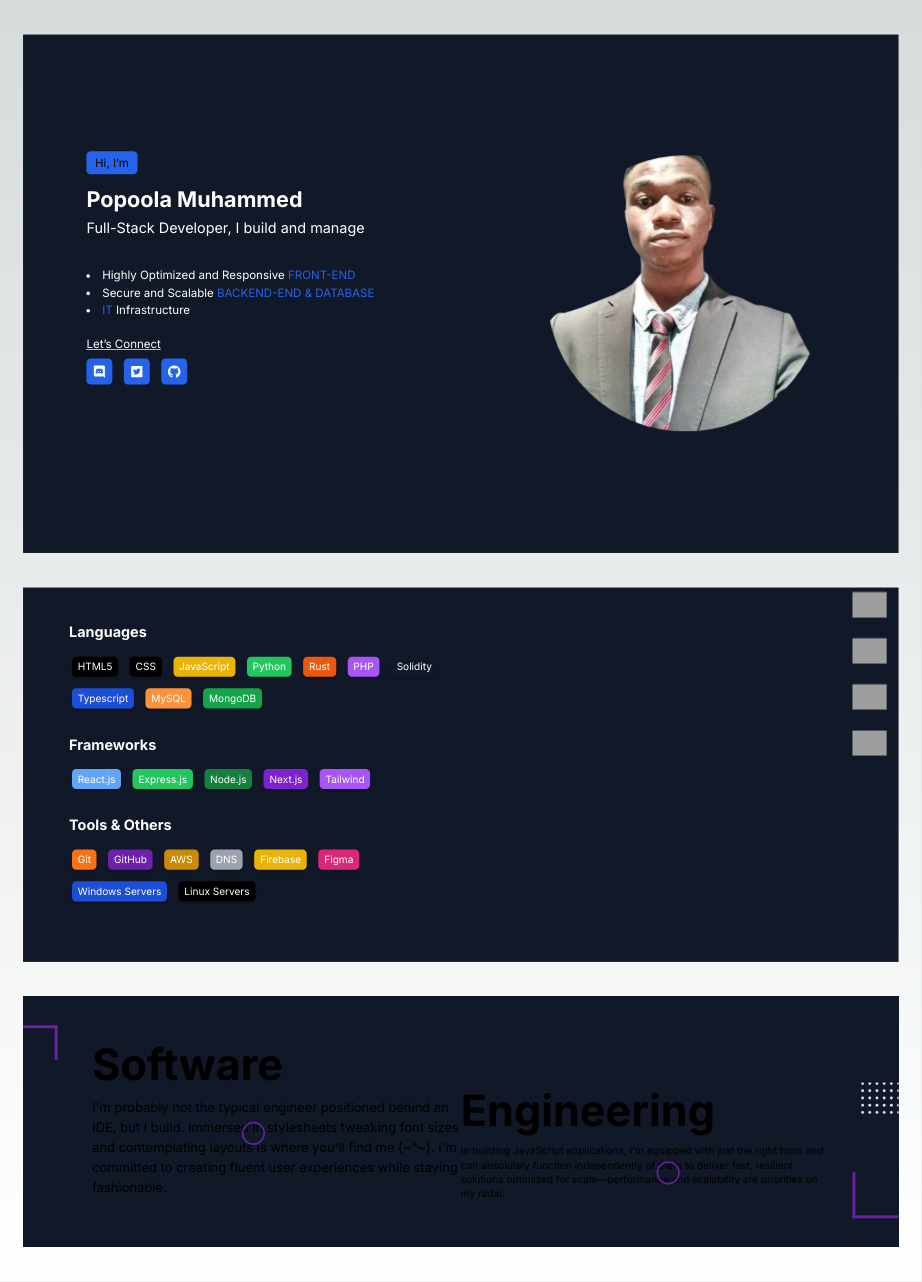
Repository: muhammedctgr/hammedctgr
Page: /
The author's editor kept a copy of each file at every save. The page is drawn from the files as they stood at one save, then again after the next save.
The browser window is 1280 px wide. The pictures show the whole page, at 72% of full size.
Pictures or frames that could not be fetched are drawn as grey boxes. The project was rebuilt for these pictures with package versions that can differ from the ones it lists, and the page was loaded fresh each time. The framework's server and built-in components were replaced by stand-ins that run in the browser. Also part of the build but not shown: next.config.mjs.

Above is the page before, as saved 2024-08-03 08:27:11.

### app/layout.tsx
import type { Metadata } from "next";
import { Inter } from "next/font/google";
import "./globals.css";

const inter = Inter({ subsets: ["latin"] });

export const metadata: Metadata = {
  title: "Popoola Muhammed",
  description: "Generated by create next app",
};

export default function RootLayout({
  children,
}: Readonly<{
  children: React.ReactNode;
}>) {
  return (
    <html lang="en">
      <body className={inter.className}>{children}</body>
    </html>
  );
}

### app/page.tsx
import Head from 'next/head';
import Hero from '../components/Hero';
import SkillsSection from '@/components/SkillsSection';
import SummarySection from '@/components/SummarySection';


const Home = () => (
  <div>
    <Head>
      <title>Popoola Muhammed</title>
      <meta name="description" content="Welcome to my developer portfolio" />
    </Head>

    <Hero />
    <SkillsSection />
    <SummarySection />
  </div>
);

export default Home;

### app/globals.css
@tailwind base;
@tailwind components;
@tailwind utilities;

:root {
  --foreground-rgb: 0, 0, 0;
  --background-start-rgb: 214, 219, 220;
  --background-end-rgb: 255, 255, 255;
}

@media (prefers-color-scheme: dark) {
  :root {
    --foreground-rgb: 255, 255, 255;
    --background-start-rgb: 0, 0, 0;
    --background-end-rgb: 0, 0, 0;
  }
}

body {
  color: rgb(var(--foreground-rgb));
  background: linear-gradient(
      to bottom,
      transparent,
      rgb(var(--background-end-rgb))
    )
    rgb(var(--background-start-rgb));
}

@layer utilities {
  .text-balance {
    text-wrap: balance;
  }
}


@keyframes upDown {
  0%, 100% {
    transform: translateY(0);
  }
  50% {
    transform: translateY(-10px); /* Adjust the value as needed */
  }
}

.animate-upDown {
  animation: upDown 2s infinite ease-in-out; /* Adjust duration as needed */
}

### components/Hero.tsx
import Image from 'next/image';
import profilePic from '../public/profile.png';
import { AiFillDiscord, AiFillGithub, AiFillTwitterSquare, AiFillX } from 'react-icons/ai';

const Hero = () => {
  return (
    <section className="bg-gray-900 m-12 mx-8 text-white min-h-screen flex items-center">
      <div className="container mx-auto flex flex-col md:flex-row items-center">
        <div className="flex-1 text-left md:text-left p-8 pt-2 m-14 mt-2">
          <div className="inline-block bg-blue-600 text-black py-1 px-3 mb-4 rounded-md">
            Hi, I’m
          </div>
          <div className="mb-10">
          <h1 className="text-2xl md:text-3xl font-bold">Popoola Muhammed</h1>
          <p className="mt-2  md:text-xl">Full-Stack Developer, I build and manage</p>
          </div>
          <ul className="mt-4 list-disc list-inside whitespace-nowrap">
            <li>Highly Optimized and Responsive <span className="text-blue-600">FRONT-END</span></li>
            <li>Secure and Scalable <span className="text-blue-600">BACKEND-END & DATABASE</span></li>
            <li><span className="text-blue-600">IT</span> Infrastructure</li>
          </ul>
          <div className="mt-6">
            <a href="#contact" className=" underline">Let’s Connect</a>
            <div className="mt-2 flex md:justify-start space-x-4">
              <a href="#" className="bg-blue-600 p-2 rounded-md">
                <AiFillDiscord size={20} />
              </a>
              <a href="#" className="bg-blue-600 p-2 rounded-md">
                <AiFillTwitterSquare size={20} />
              </a>
              <a href="#" className="bg-blue-600 p-2 rounded-md">
                <AiFillGithub size={20} />
              </a>
            </div>
          </div>
        </div>
        <div className="flex-1 p-5">
          <div className="relative w-48 h-48 mx-8 md:w-72 md:h-72 lg:w-96 lg:h-96">
            <Image src={profilePic} alt="Popoola Muhammed" layout="fill" className="rounded-full object-cover animate-upDown" />
          </div>
        </div>
      </div>
    </section>
  );
};

export default Hero;

### components/SkillsSection.tsx
import Image from 'next/image';
import { FC } from 'react';

interface SkillCategory {
  title: string;
  skills: { name: string; color: string; }[];
}

const skills: SkillCategory[] = [
  {
    title: "Languages",
    skills: [
      { name: "HTML5", color: "bg-black" },
      { name: "CSS", color: "bg-black"},
      { name: "JavaScript", color: "bg-yellow-500" },
      { name: "Python", color: "bg-green-500" },
      { name: "Rust", color: "bg-orange-600" },
      { name: "PHP", color: "bg-purple-500" },
      { name: "Solidity", color: "bg-black-500" },
      { name: "Typescript", color: "bg-blue-700" },
      { name: "MySQL", color: "bg-orange-400" },
      { name: "MongoDB", color: "bg-green-600" },
    ],
  },
  {
    title: "Frameworks",
    skills: [
      { name: "React.js", color: "bg-blue-400" },
      { name: "Express.js", color: "bg-green-500" },
      { name: "Node.js", color: "bg-green-700" },
      { name: "Next.js", color: "bg-purple-700" },
      { name: "Tailwind", color: "bg-purple-500" },
    ],
  },
  {
    title: "Tools & Others",
    skills: [
      { name: "Git", color: "bg-orange-500" },
      { name: "GitHub", color: "bg-purple-800" },
      { name: "AWS", color: "bg-yellow-600" },
      { name: "DNS", color: "bg-gray-400" },
      { name: "Firebase", color: "bg-yellow-500" },
      { name: "Figma", color: "bg-pink-600" },
      { name: "Windows Servers", color: "bg-blue-700" },
      { name: "Linux Servers", color: "bg-black" },
    ],
  },
];

const icons = [
  "/icons/html5.svg", // Replace with your icon paths
  "/icons/css3.svg",
  "/icons/javascript.svg",
  "/icons/python.svg",
  // Add the rest of the icons as needed
];

const SkillsSection: FC = () => {
  return (
    <section className="m-12 mx-8 bg-gray-900 text-white">
      <div className="container mx-auto px-4 flex flex-col md:flex-row">
        <div className="flex-1 m-12">
          {skills.map((category) => (
            <div key={category.title} className="mb-8">
              <h2 className="text-xl font-bold mb-4">{category.title}</h2>
              <div className="flex flex-wrap gap-2">
                {category.skills.map((skill) => (
                  <span
                    key={skill.name}
                    className={`px-2 py-1 m-1 rounded-md text-sm ${skill.color} shadow-md`}
                  >
                    {skill.name}
                  </span>
                ))}
              </div>
            </div>
          ))}
        </div>
        <div className="flex-1 flex flex-col items-center md:items-end">
          <div className="grid grid-cols-3 md:grid-cols-1 gap-4">
            {icons.map((src, index) => (
              <div key={index} className="w-12 h-12 relative">
                <Image src={src} alt={`icon-${index}`} layout="fill" objectFit="contain" />
              </div>
            ))}
          </div>
        </div>
      </div>
    </section>
  );
};

export default SkillsSection;

### components/SummarySection.tsx
import { FC } from 'react';

const SummarySection: FC = () => {
  return (
    <section className="m-12 mx-8 bg-gray-900 py-16 relative overflow-hidden">
      <div className="container mx-auto px-6 md:px-12 lg:px-24 flex flex-col md:flex-row justify-between items-start">
        <div className="md:w-1/2 mb-16 md:mb-0 ">
          <div className="mb-4 flex items-center">
            <span className="text-6xl font-bold">Software</span>
          </div>
          <p className="text-lg">
            I'm probably not the typical engineer positioned behind an IDE, but I build. Immersed in stylesheets tweaking font sizes and contemplating layouts is where you'll find me (~^~). I'm committed to creating fluent user experiences while staying fashionable.
          </p>
        </div>
        <div className="md:w-1/2 md:mt-16">
          <div className="mb-4 flex items-center">
            <span className="text-6xl font-bold">Engineering</span>
          </div>
          <p className="text-sm">
            In building JavaScript applications, I'm equipped with just the right tools and can absolutely function independently of them to deliver fast, resilient solutions optimized for scale—performance and scalability are priorities on my radar.
          </p>
        </div>
      </div>

      {/* Decorative Elements */}
      <div className="absolute top-10 left-0 w-12 h-12 border-t-4 border-r-4 border-purple-800"></div>
      <div className="absolute top-1/2 left-1/4 w-8 h-8 border-2 border-purple-800 rounded-full"></div>
      <div className="absolute bottom-10 right-0 w-16 h-16 border-b-4 border-l-4 border-purple-800"></div>
      <div className="absolute bottom-1/4 right-1/4 w-8 h-8 border-2 border-purple-800 rounded-full"></div>
      <div className="absolute top-1/4 right-0 transform translate-x-12 translate-y-8">
        <svg className="fill-current text-purple-200" width="100" height="100" viewBox="0 0 100 100">
          <circle cx="2" cy="2" r="2" />
          <circle cx="12" cy="2" r="2" />
          <circle cx="22" cy="2" r="2" />
          <circle cx="32" cy="2" r="2" />
          <circle cx="42" cy="2" r="2" />
          <circle cx="52" cy="2" r="2" />
          <circle cx="62" cy="2" r="2" />
          <circle cx="72" cy="2" r="2" />
          <circle cx="82" cy="2" r="2" />
          <circle cx="92" cy="2" r="2" />
          <circle cx="2" cy="12" r="2" />
          <circle cx="12" cy="12" r="2" />
          <circle cx="22" cy="12" r="2" />
          <circle cx="32" cy="12" r="2" />
          <circle cx="42" cy="12" r="2" />
          <circle cx="52" cy="12" r="2" />
          <circle cx="62" cy="12" r="2" />
          <circle cx="72" cy="12" r="2" />
          <circle cx="82" cy="12" r="2" />
          <circle cx="92" cy="12" r="2" />
          <circle cx="2" cy="22" r="2" />
          <circle cx="12" cy="22" r="2" />
          <circle cx="22" cy="22" r="2" />
          <circle cx="32" cy="22" r="2" />
          <circle cx="42" cy="22" r="2" />
          <circle cx="52" cy="22" r="2" />
          <circle cx="62" cy="22" r="2" />
          <circle cx="72" cy="22" r="2" />
          <circle cx="82" cy="22" r="2" />
          <circle cx="92" cy="22" r="2" />
          <circle cx="2" cy="32" r="2" />
          <circle cx="12" cy="32" r="2" />
          <circle cx="22" cy="32" r="2" />
          <circle cx="32" cy="32" r="2" />
          <circle cx="42" cy="32" r="2" />
          <circle cx="52" cy="32" r="2" />
          <circle cx="62" cy="32" r="2" />
          <circle cx="72" cy="32" r="2" />
          <circle cx="82" cy="32" r="2" />
          <circle cx="92" cy="32" r="2" />
          <circle cx="2" cy="42" r="2" />
          <circle cx="12" cy="42" r="2" />
          <circle cx="22" cy="42" r="2" />
          <circle cx="32" cy="42" r="2" />
          <circle cx="42" cy="42" r="2" />
          <circle cx="52" cy="42" r="2" />
          <circle cx="62" cy="42" r="2" />
          <circle cx="72" cy="42" r="2" />
          <circle cx="82" cy="42" r="2" />
          <circle cx="92" cy="42" r="2" />
        </svg>
      </div>
    </section>
  );
};

export default SummarySection;

Loaded but not shown: tailwind.config.ts (common file)

After the next save:
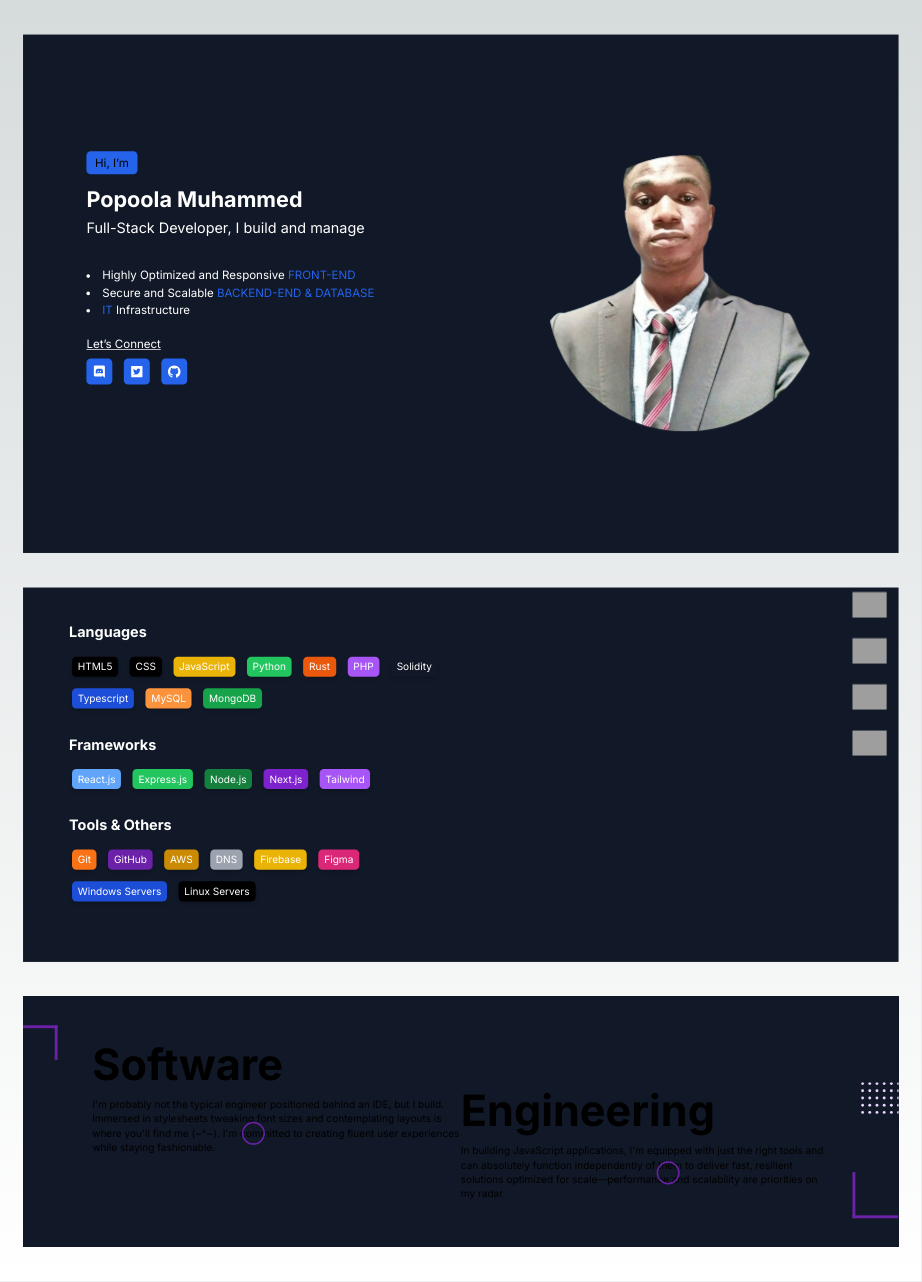
Saved 10 s later.
--- a/components/SummarySection.tsx
+++ b/components/SummarySection.tsx
@@ -8,7 +8,7 @@ const SummarySection: FC = () => {
           <div className="mb-4 flex items-center">
             <span className="text-6xl font-bold">Software</span>
           </div>
-          <p className="text-lg">
+          <p className="text-sm">
             I'm probably not the typical engineer positioned behind an IDE, but I build. Immersed in stylesheets tweaking font sizes and contemplating layouts is where you'll find me (~^~). I'm committed to creating fluent user experiences while staying fashionable.
           </p>
         </div>
